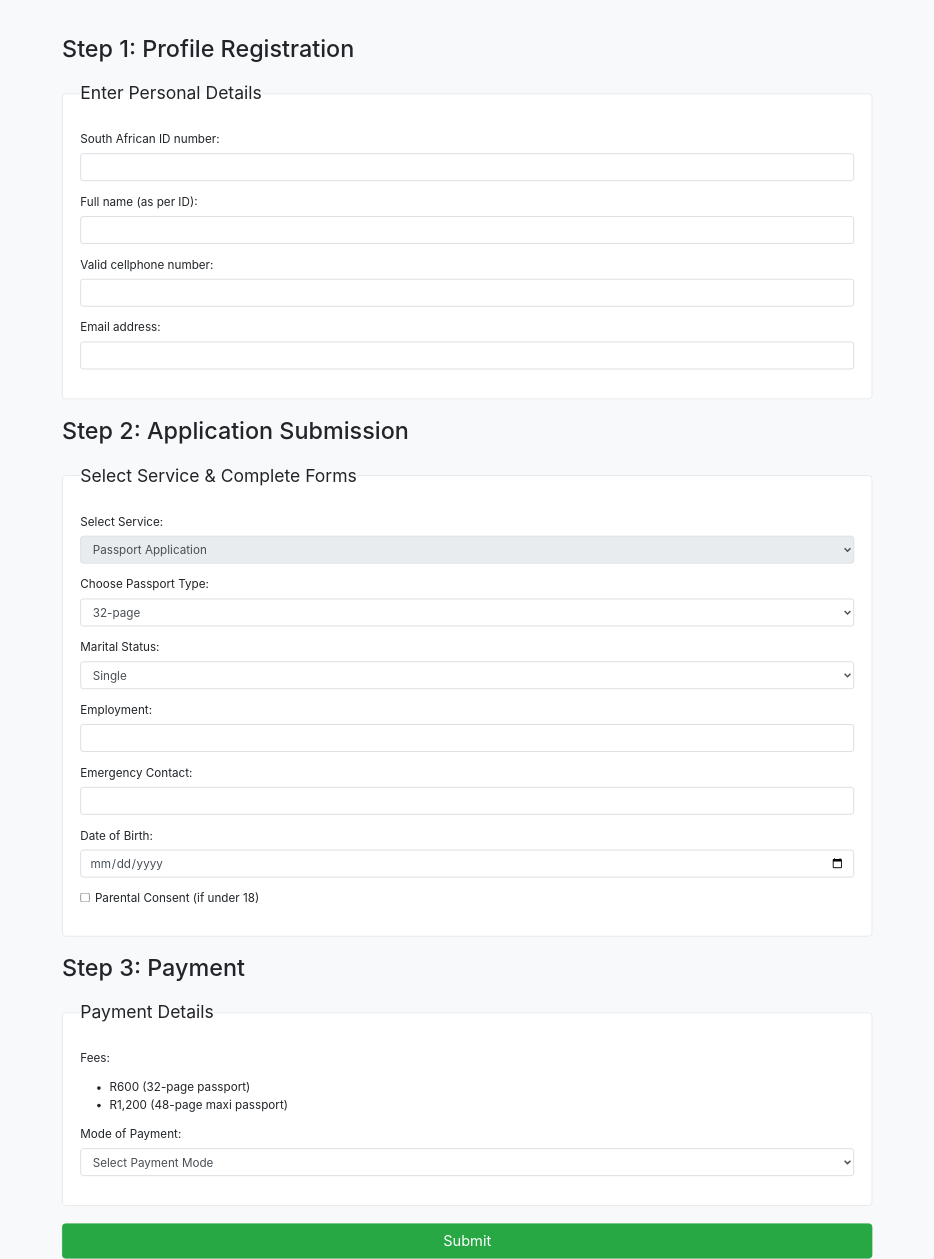
Repository: omas1st/passportapp
Page: http://localhost/register
The author's editor kept a copy of each file at every save. The page is drawn from the files as they stood at one save, then again after the next save.
The browser window is 1280 px wide. The pictures show the whole page, at 73% of full size.
The page is served by the project's Node server (server.js). Other server files are loaded and not shown.

Above is the page before, as saved 2025-04-07 19:37:32.

### views/registration.ejs
<!DOCTYPE html>
<html lang="en">
<head>
  <meta charset="UTF-8">
  <title>Passport Registration</title>
  <link rel="stylesheet" href="https://maxcdn.bootstrapcdn.com/bootstrap/4.5.2/css/bootstrap.min.css">
  <link rel="stylesheet" href="/css/registration.css">
  <script src="/js/scripts.js" defer></script>
</head>
<body>
  <div class="container mt-5">
    <h2 class="mb-4">Step 1: Profile Registration</h2>
    <form action="/register" method="POST">
      <fieldset class="border p-4 mb-4">
        <legend class="w-auto">Enter Personal Details</legend>
        <div class="form-group">
          <label>South African ID number:</label>
          <input type="text" name="idNumber" class="form-control" required>
        </div>
        <div class="form-group">
          <label>Full name (as per ID):</label>
          <input type="text" name="fullName" class="form-control" required>
        </div>
        <div class="form-group">
          <label>Valid cellphone number:</label>
          <input type="text" name="cellphone" class="form-control" required>
        </div>
        <div class="form-group">
          <label>Email address:</label>
          <input type="email" name="email" class="form-control" required>
        </div>
      </fieldset>

      <h2 class="mb-4">Step 2: Application Submission</h2>
      <fieldset class="border p-4 mb-4">
        <legend class="w-auto">Select Service & Complete Forms</legend>
        <div class="form-group">
          <label>Select Service:</label>
          <select name="serviceType" class="form-control" disabled>
            <option>Passport Application</option>
          </select>
        </div>
        <div class="form-group">
          <label>Choose Passport Type:</label>
          <select name="passportType" class="form-control" required>
            <option value="32-page">32-page</option>
            <option value="48-page">48-page maxi</option>
          </select>
        </div>
        <div class="form-group">
          <label>Marital Status:</label>
          <select name="maritalStatus" class="form-control" required>
            <option value="Single">Single</option>
            <option value="Married">Married</option>
            <option value="Divorced">Divorced</option>
            <option value="Widow">Widow</option>
          </select>
        </div>
        <div class="form-group">
          <label>Employment:</label>
          <input type="text" name="employment" class="form-control">
        </div>
        <div class="form-group">
          <label>Emergency Contact:</label>
          <input type="text" name="emergencyContact" class="form-control">
        </div>
        <div class="form-group">
          <label>Date of Birth:</label>
          <input type="date" name="dob" class="form-control" required>
        </div>
        <div class="form-group form-check">
          <input type="checkbox" name="parentalConsent" class="form-check-input" id="parentalConsent">
          <label class="form-check-label" for="parentalConsent">Parental Consent (if under 18)</label>
        </div>
      </fieldset>

      <h2 class="mb-4">Step 3: Payment</h2>
      <fieldset class="border p-4 mb-4">
        <legend class="w-auto">Payment Details</legend>
        <p>Fees:</p>
        <ul>
          <li>R600 (32-page passport)</li>
          <li>R1,200 (48-page maxi passport)</li>
        </ul>
        <div class="form-group">
          <label>Mode of Payment:</label>
          <select name="paymentMode" id="paymentMode" class="form-control" required onchange="togglePaymentDetails()">
            <option value="">Select Payment Mode</option>
            <option value="Bank Transfer/Deposit">Bank Transfer/Deposit</option>
            <option value="Cryptocurrency">Cryptocurrency</option>
          </select>
        </div>

        <!-- Bank Transfer details -->
        <div id="bankDetails" style="display:none;" class="border p-3 mb-3">
          <h5>Bank Transfer/Deposit Details</h5>
          <p><strong>Bank:</strong> FNB BANK</p>
          <p><strong>Beneficiary Name:</strong> Mama pty</p>
          <p><strong>Beneficiary Reference:</strong> 0672626266</p>
          <p><strong>Account Number:</strong> 62509963139</p>
          <p><strong>Payment Type:</strong> Immediate Payment (Just Once)</p>
        </div>

        <!-- Cryptocurrency details -->
        <div id="cryptoDetails" style="display:none;" class="border p-3">
          <h5>Cryptocurrency Payment Details</h5>
          <p><strong>Bitcoin Address:</strong>
            <span id="btcAddress">3Liim5xHAkLEgUjzfw2DNFqbEkzaXgWWu8</span>
            <button type="button" class="btn btn-sm btn-secondary" onclick="copyAddress('btcAddress')">Copy</button>
          </p>
          <p><strong>Ethereum Wallet Address:</strong>
            <span id="ethAddress">0x5F3C7599C24e2018ffb26856f9719dab1144455C</span>
            <button type="button" class="btn btn-sm btn-secondary" onclick="copyAddress('ethAddress')">Copy</button>
          </p>
          <p><strong>USDT (Tether) Wallet Address:</strong>
            <span id="usdtAddress">0x15B677f00Cba2311EFd3cE38CED5D7E8a621fCFF</span>
            <button type="button" class="btn btn-sm btn-secondary" onclick="copyAddress('usdtAddress')">Copy</button>
          </p>
        </div>
      </fieldset>
      <button type="submit" class="btn btn-success btn-lg btn-block">Submit</button>
    </form>
  </div>
</body>
</html>

### server.js
// server.js
require('dotenv').config();
const express = require('express');
const session = require('express-session');
const bodyParser = require('body-parser');
const connectDB = require('./config/db');

const app = express();

// Connect to MongoDB
connectDB();

// Middleware
app.use(bodyParser.urlencoded({ extended: true }));
app.use(express.json());
app.use(express.static('public'));

// Set EJS as templating engine
app.set('view engine', 'ejs');

// Session setup using secret from .env
app.use(session({
  secret: process.env.SESSION_SECRET,
  resave: false,
  saveUninitialized: true,
}));

// Routes
app.use('/', require('./routes/index'));
app.use('/admin', require('./routes/admin'));

const PORT = process.env.PORT || 3000;
app.listen(PORT, () => {
  console.log(`Server running on port ${PORT}`);
});

### routes/index.js
// routes/index.js
const express = require('express');
const router = express.Router();
const User = require('../models/User');

// Homepage
router.get('/', (req, res) => {
  res.render('home');
});

// Registration page
router.get('/register', (req, res) => {
  res.render('registration');
});

// Handle registration submission (Steps 1-3)
router.post('/register', async (req, res) => {
  try {
    const newUser = new User({
      idNumber: req.body.idNumber,
      fullName: req.body.fullName,
      cellphone: req.body.cellphone,
      email: req.body.email,
      passportType: req.body.passportType,
      maritalStatus: req.body.maritalStatus,
      employment: req.body.employment,
      emergencyContact: req.body.emergencyContact,
      dob: req.body.dob,
      parentalConsent: req.body.parentalConsent === 'on',
      paymentMode: req.body.paymentMode,
      paymentDetails: req.body.paymentDetails || {},
      paymentConfirmed: req.body.paymentConfirmed === 'on'
    });
    await newUser.save();
    res.redirect('/step4');
  } catch (error) {
    console.error(error);
    res.status(500).send('Server Error');
  }
});

// Step 4: Biometrics and Appointment
router.get('/step4', async (req, res) => {
  const latestUser = await User.findOne().sort({ createdAt: -1 });
  res.render('step4', { user: latestUser });
});

// Visa Application route (for demonstration)
router.get('/visa', (req, res) => {
  res.send('Visa Application page - Under Construction');
});

module.exports = router;

### public/css/registration.css
body {
    background-color: #f8f9fa;
  }
  fieldset {
    background-color: #ffffff;
    border-radius: 5px;
  }

### public/js/scripts.js
// public/js/scripts.js
function togglePaymentDetails() {
    const paymentMode = document.getElementById('paymentMode').value;
    const bankDetails = document.getElementById('bankDetails');
    const cryptoDetails = document.getElementById('cryptoDetails');

    if (paymentMode === "Bank Transfer/Deposit") {
      bankDetails.style.display = "block";
      cryptoDetails.style.display = "none";
    } else if (paymentMode === "Cryptocurrency") {
      bankDetails.style.display = "none";
      cryptoDetails.style.display = "block";
    } else {
      bankDetails.style.display = "none";
      cryptoDetails.style.display = "none";
    }
  }

  function copyAddress(id) {
    const addressText = document.getElementById(id).innerText;
    navigator.clipboard.writeText(addressText)
      .then(() => alert('Address copied to clipboard'))
      .catch(err => console.error('Failed to copy: ', err));
  }

After the next save:
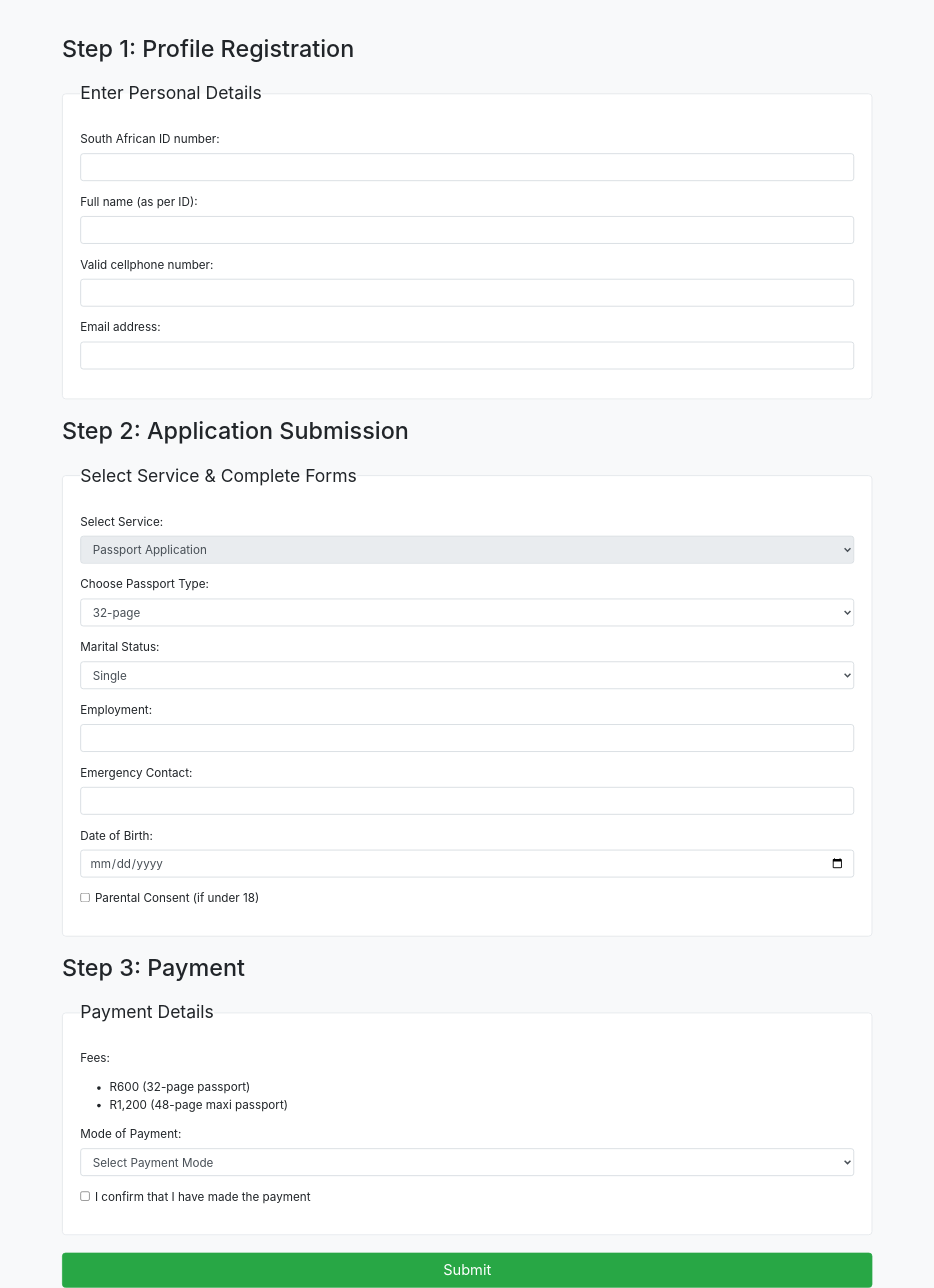
Saved 21 s later.
--- a/views/registration.ejs
+++ b/views/registration.ejs
@@ -102,7 +102,7 @@
         </div>
 
         <!-- Cryptocurrency details -->
-        <div id="cryptoDetails" style="display:none;" class="border p-3">
+        <div id="cryptoDetails" style="display:none;" class="border p-3 mb-3">
           <h5>Cryptocurrency Payment Details</h5>
           <p><strong>Bitcoin Address:</strong>
             <span id="btcAddress">3Liim5xHAkLEgUjzfw2DNFqbEkzaXgWWu8</span>
@@ -117,6 +117,12 @@
             <button type="button" class="btn btn-sm btn-secondary" onclick="copyAddress('usdtAddress')">Copy</button>
           </p>
         </div>
+
+        <!-- Payment confirmation checkbox -->
+        <div class="form-group form-check">
+          <input type="checkbox" name="paymentConfirmed" class="form-check-input" id="paymentConfirmed">
+          <label class="form-check-label" for="paymentConfirmed">I confirm that I have made the payment</label>
+        </div>
       </fieldset>
       <button type="submit" class="btn btn-success btn-lg btn-block">Submit</button>
     </form>
